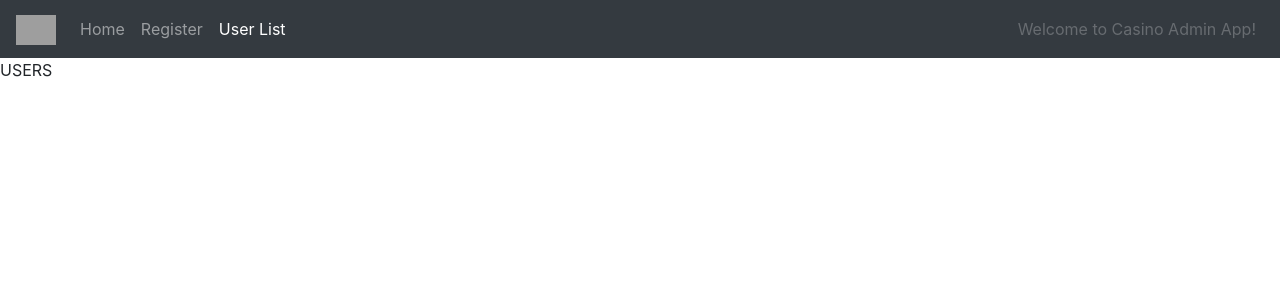
Repository: piyushrulesyou/CasinoGameApplication
Page: http://localhost/adminPanel/UsersList.jsp
The author's editor kept a copy of each file at every save. The page is drawn from the files as they stood at one save, then again after the next save.
The browser window is 1280 px wide. The pictures show the whole page.
Pictures or frames that could not be fetched are drawn as grey boxes. The page is served by Tomcat 9. Nobody is signed in. The application's start-up code is not run. Other server files are loaded and not shown.

Above is the page before, as saved 2019-10-31 15:54:58.

### AdminPanel/adminPanel/src/main/webapp/UsersList.jsp
<%@ taglib uri="http://java.sun.com/jsp/jstl/core" prefix="c"%>

<%@ page language="java" contentType="text/html; charset=ISO-8859-1"
	pageEncoding="ISO-8859-1" isELIgnored="false"%>

<!DOCTYPE html>
<html>
<head>
<title>UsersList</title>
<meta charset="utf-8">

<meta name="viewport" content="width=device-width, initial-scale=1">


<link rel="stylesheet"
	href="https://maxcdn.bootstrapcdn.com/bootstrap/4.3.1/css/bootstrap.min.css">
<script
	src="https://ajax.googleapis.com/ajax/libs/jquery/3.4.1/jquery.min.js"></script>
<script
	src="https://cdnjs.cloudflare.com/ajax/libs/popper.js/1.14.7/umd/popper.min.js"></script>
<script
	src="https://maxcdn.bootstrapcdn.com/bootstrap/4.3.1/js/bootstrap.min.js"></script>
</head>
<body>

	<nav class="navbar navbar-expand-sm bg-dark navbar-dark">
		<!-- 	<nav class="navbar navbar-expand-sm navbar-light bg-faded"> -->
		<a class="navbar-brand" href="index.jsp"> <img
			src="https://www.slotnite.com/images/sliders/livecasino/casino1.png"
			alt="logo" style="width: 40px;">
		</a>

		<!-- Links -->
		<ul class="navbar-nav mr-auto">
			<li class="nav-item"><a class="nav-link" href="index.jsp">Home</a></li>
			<li class="nav-item"><a class="nav-link" href="RegisterUser.jsp">Register</a></li>
			<li class="nav-item"><a class="nav-link active" href="">User
					List</a></li>
		</ul>
		<ul class="navbar-nav">
			<li class="nav-item"><span class="nav-link disabled">Welcome
					to Casino Admin App!</span></li>
		</ul>
	</nav>

	USERS ${listOfUsers.length()}

</body>
</html>

After the next save:
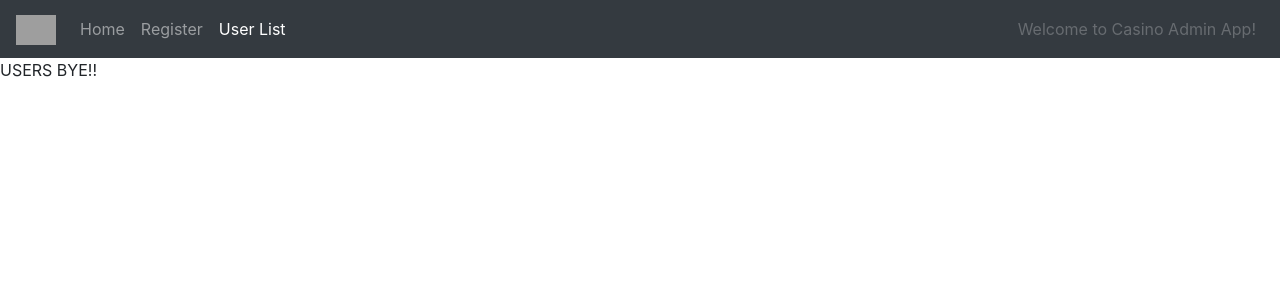
Saved 11 s later.
--- a/AdminPanel/adminPanel/src/main/webapp/UsersList.jsp
+++ b/AdminPanel/adminPanel/src/main/webapp/UsersList.jsp
@@ -43,7 +43,7 @@
 		</ul>
 	</nav>
 
-	USERS ${listOfUsers.length()}
+	USERS ${listOfUsers.length()} BYE!!
 
 </body>
 </html>
